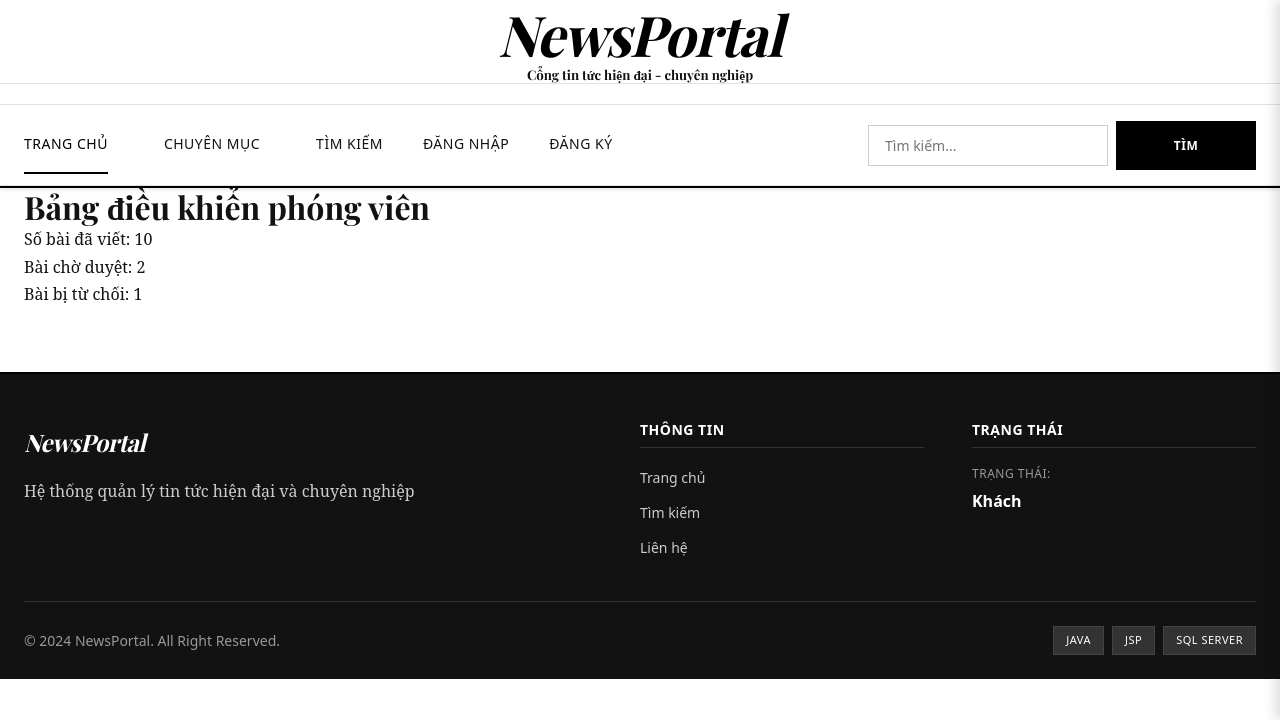
Repository: minhtvpy00202-git/Assignment_PY00202_MinhTV
Page: http://localhost/NewsPortal_PY00202/WEB-INF/views/reporter/dashboard.jsp
These files come from the project's save history. The page is drawn as it stood at one moment and after the next save; the edit follows.
The browser window is 1280 px wide. The pictures show the whole page.
Some web fonts or font styles are not loaded; a fallback is used. The page is served by Tomcat 10. Nobody is signed in. The template is opened directly, without the code that normally fills it, so the values that code supplies are empty.

Above is the page before, as saved 2025-09-28 01:08:09.

After the next save:
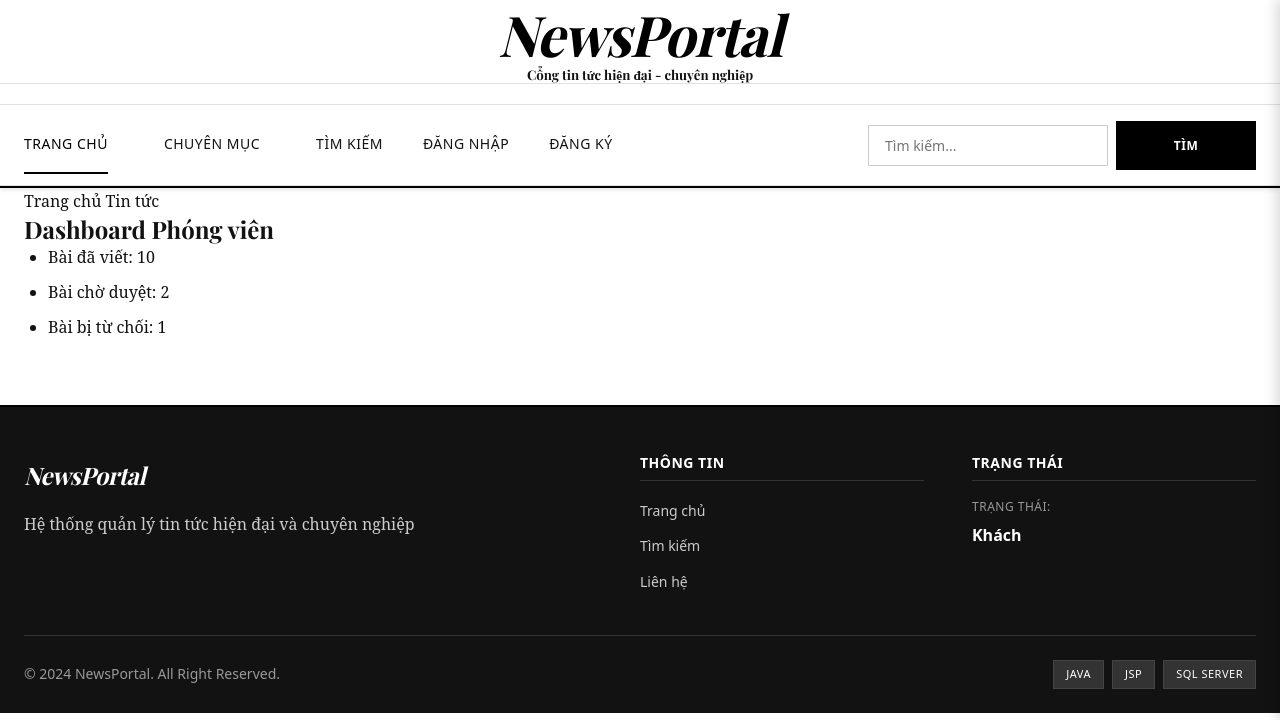
Saved 26 s later.
--- a/Assignment_NewsPortal/NewsPortal_PY00202/src/main/webapp/WEB-INF/views/reporter/dashboard.jsp
+++ b/Assignment_NewsPortal/NewsPortal_PY00202/src/main/webapp/WEB-INF/views/reporter/dashboard.jsp
@@ -1,9 +1,14 @@
 <%@ page contentType="text/html; charset=UTF-8" pageEncoding="UTF-8"%>
-<%@ include file="../layout/header.jsp" %>
-<main class="container">
-  <h1>Bảng điều khiển phóng viên</h1>
-  <p>Số bài đã viết: 10</p>
-  <p>Bài chờ duyệt: 2</p>
-  <p>Bài bị từ chối: 1</p>
+<%@ include file="/WEB-INF/views/layout/header.jsp" %>
+<main class="container with-aside">
+  <%@ include file="/WEB-INF/views/layout/admin-sidebar.jsp" %>
+  <section class="content">
+    <h1>Dashboard Phóng viên</h1>
+    <ul>
+      <li>Bài đã viết: 10</li>
+      <li>Bài chờ duyệt: 2</li>
+      <li>Bài bị từ chối: 1</li>
+    </ul>
+  </section>
 </main>
-<%@ include file="../layout/footer.jsp" %>
+<%@ include file="/WEB-INF/views/layout/footer.jsp" %>
